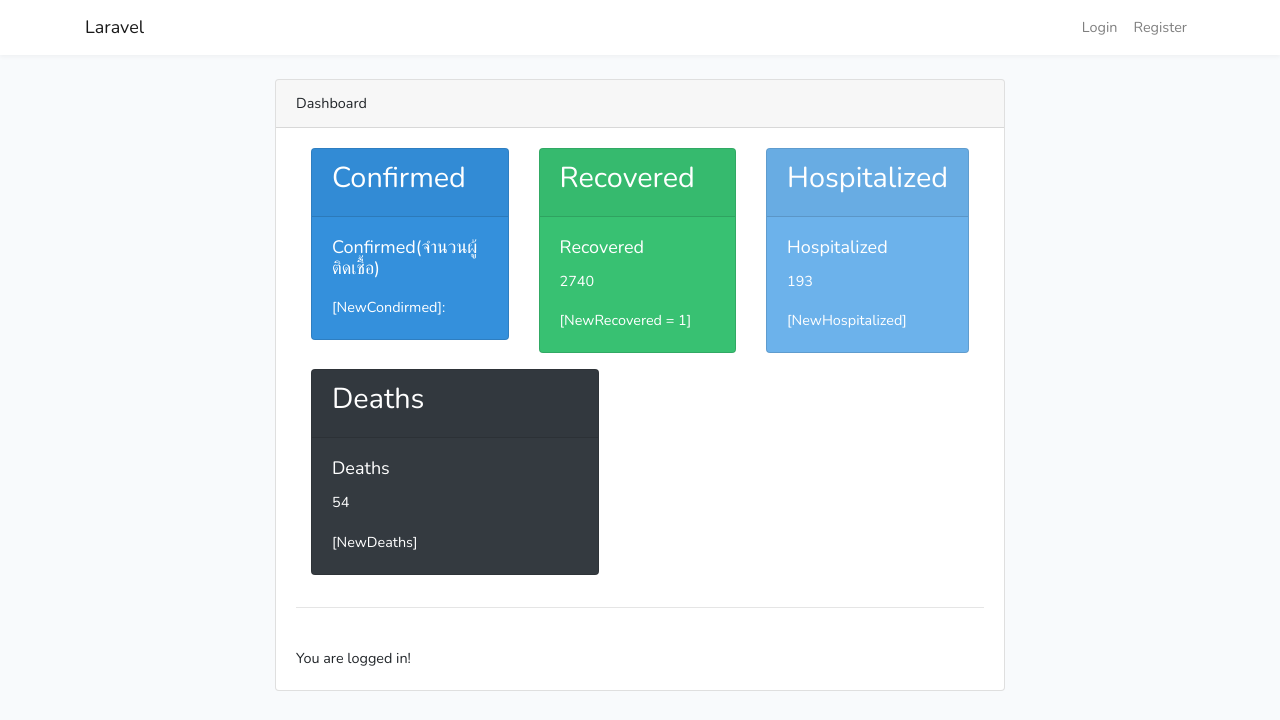
Repository: tlexDett/Covid19Ubon
Page: resources/views/home.blade.php
These files come from the project's save history. The page is drawn as it stood at one moment and after the next save; the edit follows.
The browser window is 1280 px wide. The pictures show the whole page.
The page is served by the project's Laravel application, run on PHP 8.4 with Laravel 8. Other server files are loaded and not shown. The template is opened directly, without the code that normally fills it, so the values that code supplies are empty.

Above is the page before, as saved 2020-05-06 16:00:07.

### Covid19Ubon/routes/web.php
<?php

/*
|--------------------------------------------------------------------------
| Web Routes
|--------------------------------------------------------------------------
|
| Here is where you can register web routes for your application. These
| routes are loaded by the RouteServiceProvider within a group which
| contains the "web" middleware group. Now create something great!
|
*/

Route::get('/', function () {
    return view('welcome');
});


Auth::routes();

// Route::get('/home', 'HomeController@index')->name('home');

Route::get('/home','ApiController@get_api');

// Route::get('/home', 'Admin.PostsController');

Route::resource('admin/posts', 'Admin\\PostsController');

### Covid19Ubon/app/Http/Controllers/Auth/LoginController.php
<?php

namespace App\Http\Controllers\Auth;

use App\Http\Controllers\Controller;
use Illuminate\Foundation\Auth\AuthenticatesUsers;

class LoginController extends Controller
{
    /*
    |--------------------------------------------------------------------------
    | Login Controller
    |--------------------------------------------------------------------------
    |
    | This controller handles authenticating users for the application and
    | redirecting them to your home screen. The controller uses a trait
    | to conveniently provide its functionality to your applications.
    |
    */

    use AuthenticatesUsers;

    /**
     * Where to redirect users after login.
     *
     * @var string
     */
    protected $redirectTo = '/admin/posts';

    /**
     * Create a new controller instance.
     *
     * @return void
     */
    public function __construct()
    {
        $this->middleware('guest')->except('logout');
    }
}

### Covid19Ubon/resources/views/home.blade.php
@extends('layouts.app')

@section('content')
<div class="container">
    <div class="row justify-content-center">
        <div class="col-md-8">
            <div class="card">
                <div class="card-header">Dashboard</div>

                <div class="card-body">
                    @if (session('status'))
                        <div class="alert alert-success" role="alert">
                            {{ session('status') }}
                        </div>
                    @endif

                <!-- --- -->
                <div class="container">
                <div class="row">
                    <div class="col-sm">
                        <div class="card text-white bg-primary  mb-3" style="max-width: 18rem;">
                        <div class="card-header"><h2>Confirmed</h2></div>
                        <div class="card-body">
                            <h5 class="card-title">Confirmed(จำนวนผู้ติดเชื้อ)</h5>
                            <p class="card-text">
                            {{$json->Confirmed}}

                            </p>
                            <p class="card-text">[NewCondirmed]: {{$json->NewConfirmed}}</p>

                        </div>
                        </div>
                    </div>

                    <div class="col-sm">
                        <div class="card text-white bg-success mb-3" style="max-width: 18rem;">
                            <div class="card-header"><h2>Recovered</h2></div>
                            <div class="card-body">
                                <h5 class="card-title">Recovered</h5>
                                <p class="card-text">2740</p>
                                <p class="card-text">[NewRecovered = 1]</p>
                            </div>
                            </div>
                    </div>

                    <div class="col-sm">
                    <div class="card text-white bg-info mb-3" style="max-width: 18rem;">
                            <div class="card-header"><h2>Hospitalized</h2></div>
                            <div class="card-body">
                                <h5 class="card-title">Hospitalized</h5>
                                <p class="card-text">193</p>
                                <p class="card-text">[NewHospitalized]</p>
                            </div>
                            </div>
                    </div>

                    <div class="col-sm">
                    <div class="card text-white bg-dark mb-3" style="max-width: 18rem;">
                            <div class="card-header"><h2>Deaths</h2></div>
                            <div class="card-body">
                                <h5 class="card-title">Deaths</h5>
                                <p class="card-text">54</p>
                                <p class="card-text">[NewDeaths]</p>
                            </div>
                            </div>
                    </div>


                </div>
                </div>
                <!-- -------------card----------- -->
                <hr>


                <!-- --- -->






                  <br>

                  {{ $json->Recovered }}
                    You are logged in!
                </div>
            </div>
        </div>
    </div>
</div>
@endsection

Loaded but not shown: Covid19Ubon/app/Http/Controllers/Controller.php (common file); Covid19Ubon/resources/views/layouts/app.blade.php (common file); Covid19Ubon/public/js/app.js (library); Covid19Ubon/public/css/app.css (library)

After the next save:
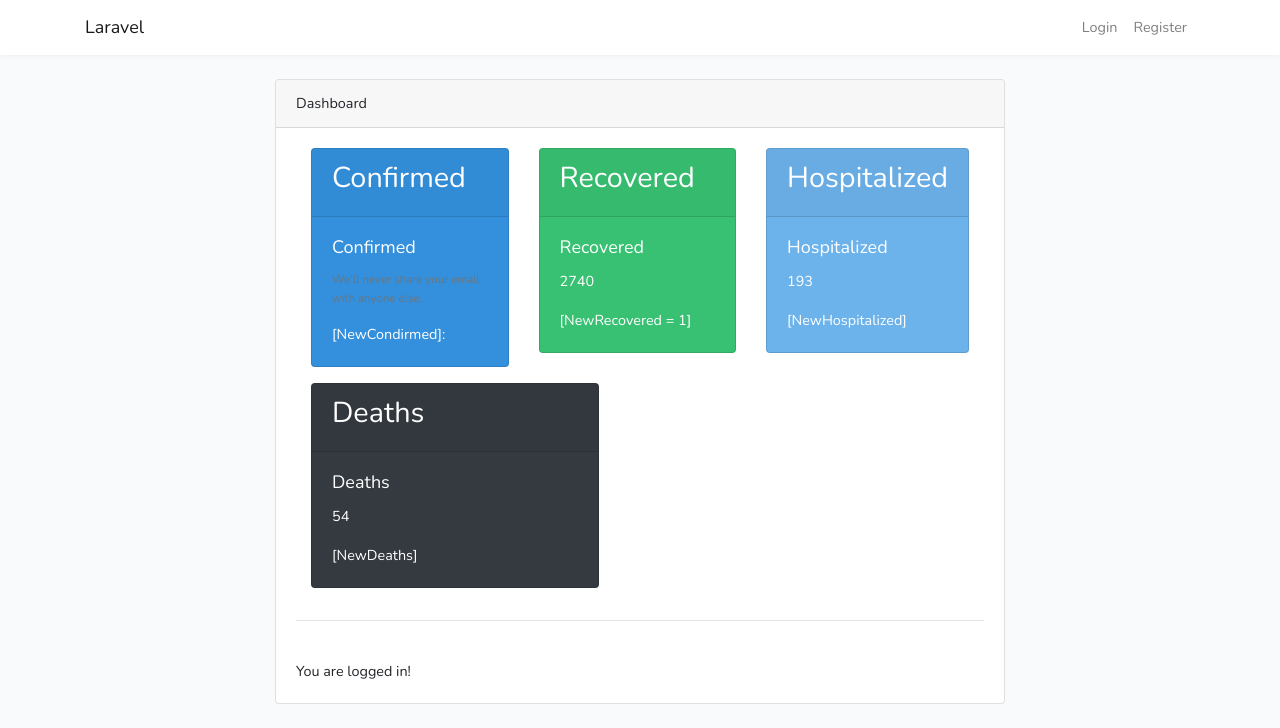
Saved 40 s later.
--- a/Covid19Ubon/resources/views/home.blade.php
+++ b/Covid19Ubon/resources/views/home.blade.php
@@ -21,7 +21,8 @@
                         <div class="card text-white bg-primary  mb-3" style="max-width: 18rem;">
                         <div class="card-header"><h2>Confirmed</h2></div>
                         <div class="card-body">
-                            <h5 class="card-title">Confirmed(จำนวนผู้ติดเชื้อ)</h5>
+                            <h5 class="card-title">Confirmed</h5>
+                            <small id="emailHelp" class="form-text text-muted">We'll never share your email with anyone else.</small>
                             <p class="card-text">
                             {{$json->Confirmed}}
 
